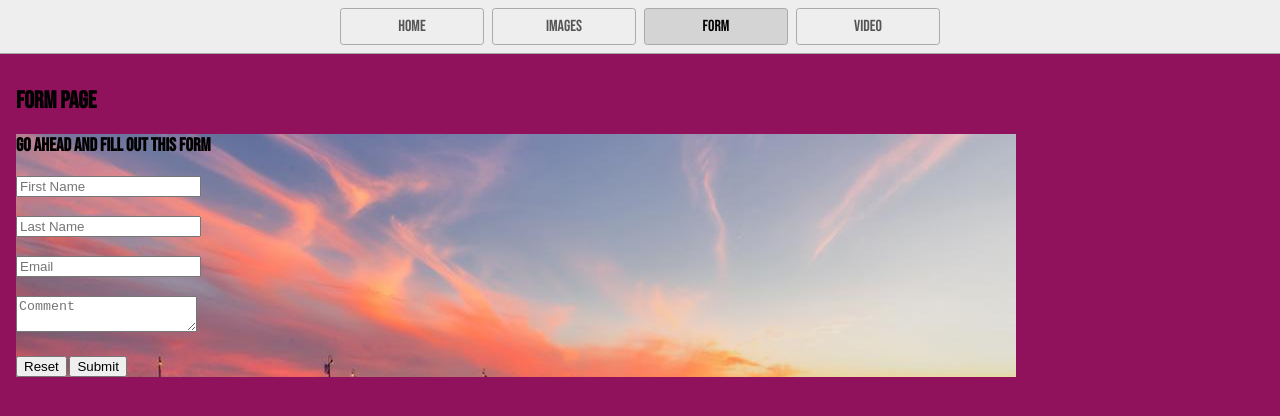
Repository: sebas6292/palmTree-Final
Page: Form.html
The author's editor kept a copy of each file at every save. The page is drawn from the files as they stood at one save, then again after the next save.
The browser window is 1280 px wide. The pictures show the whole page.

Above is the page before, as saved 2023-05-28 12:15:20.

After the next save:
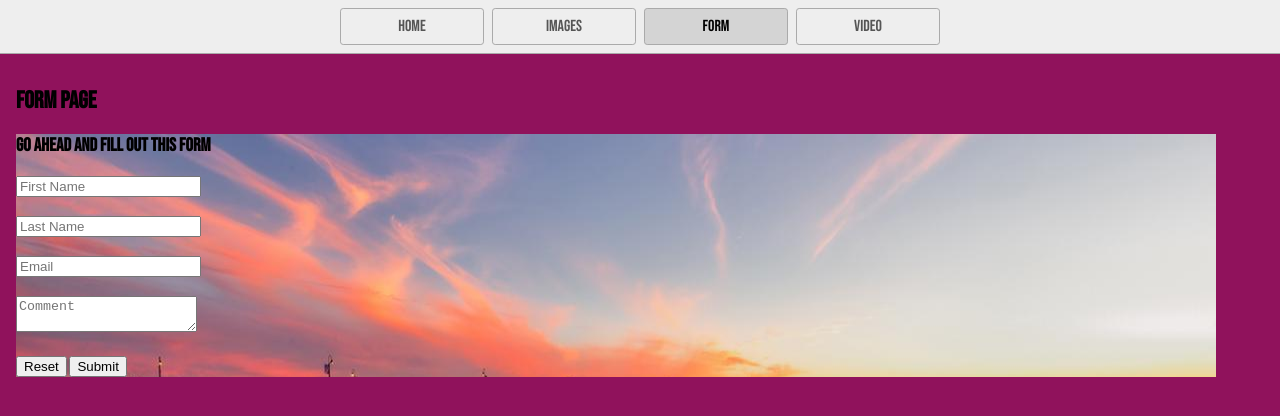
Saved 10 s later.
--- a/styles.css
+++ b/styles.css
@@ -58,7 +58,7 @@
 
   .bg-img {
     background-image: url('/Assets/pier2.jpeg');
-    width: 1000px;
+    width: 1200px;
   }
 
   .btn:hover {
